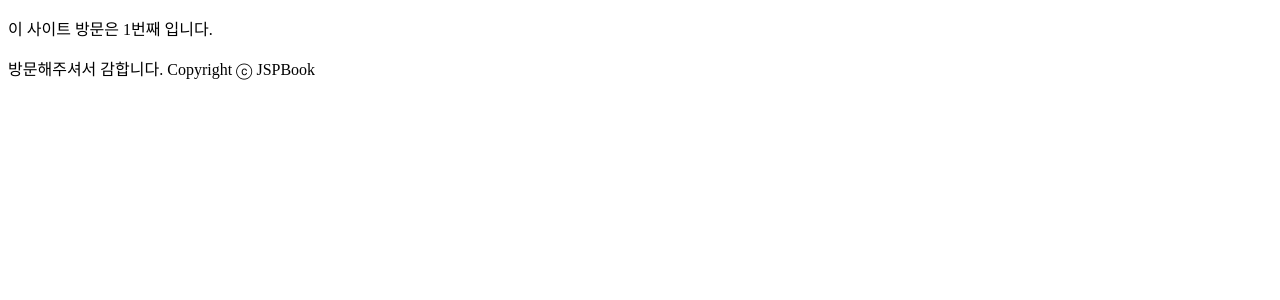
Repository: bobo1201/jspwork
Page: http://localhost/JSP0227/ch03/include02.jsp
An editor plug-in stored every save of this project. The page is shown before and after the next save, followed by the edit.
The browser window is 1280 px wide. The pictures show the whole page.
The page is served by Tomcat 9.

Above is the page before, as saved 2023-02-27 06:22:43.

### JSP0227/src/main/webapp/ch03/include02.jsp
<%@ page language="java" contentType="text/html; charset=UTF-8"
    pageEncoding="UTF-8"%>
<!DOCTYPE html>
<html>
<head>
<meta charset="UTF-8">
<title>Directives Tag</title>
</head>
<body>
	<%@ include file = "include02_header.jsp" %>
	<p>방문해주셔서 감합니다.
	<%@ include file = "include02_footer.jsp" %>
</body>
</html>

### JSP0227/src/main/webapp/ch03/include02_header.jsp
<%@ page language="java" contentType="text/html; charset=UTF-8"
    pageEncoding="UTF-8"%>
<!DOCTYPE html>
<html>
<head>
<meta charset="UTF-8">
<title>Directives Tag</title>
</head>
<body>
	<%! int pageCount = 0;
		void addCount(){
			pageCount++;
		}
	%>
	<% addCount(); %>
	<p>
		이 사이트 방문은 <%= pageCount %>번째 입니다.
</body>
</html>

### JSP0227/src/main/webapp/ch03/include02_footer.jsp
<%@ page language="java" contentType="text/html; charset=UTF-8"
    pageEncoding="UTF-8"%>
<!DOCTYPE html>
<html>
<head>
<meta charset="UTF-8">
<title>Directives Tag</title>
</head>
<body>
	Copyright ⓒ JSPBook

</body>
</html>

After the next save:
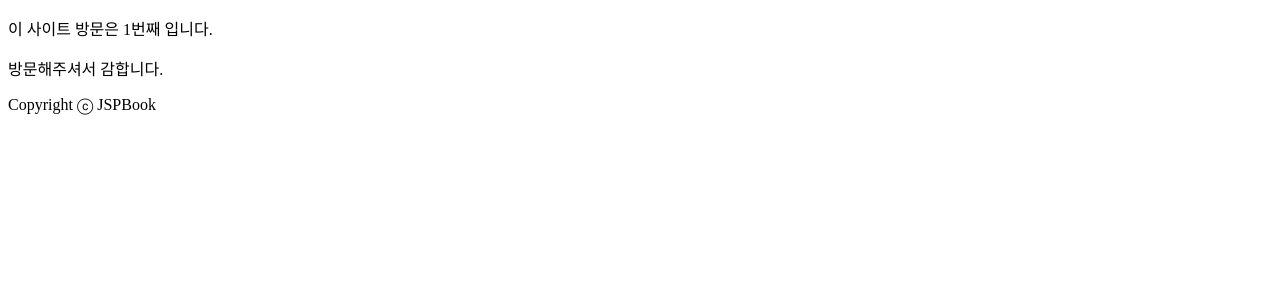
Saved 23 s later.
--- a/JSP0227/src/main/webapp/ch03/include02.jsp
+++ b/JSP0227/src/main/webapp/ch03/include02.jsp
@@ -8,7 +8,7 @@
 </head>
 <body>
 	<%@ include file = "include02_header.jsp" %>
-	<p>방문해주셔서 감합니다.
+	<p>방문해주셔서 감합니다.</p>
 	<%@ include file = "include02_footer.jsp" %>
 </body>
 </html>
